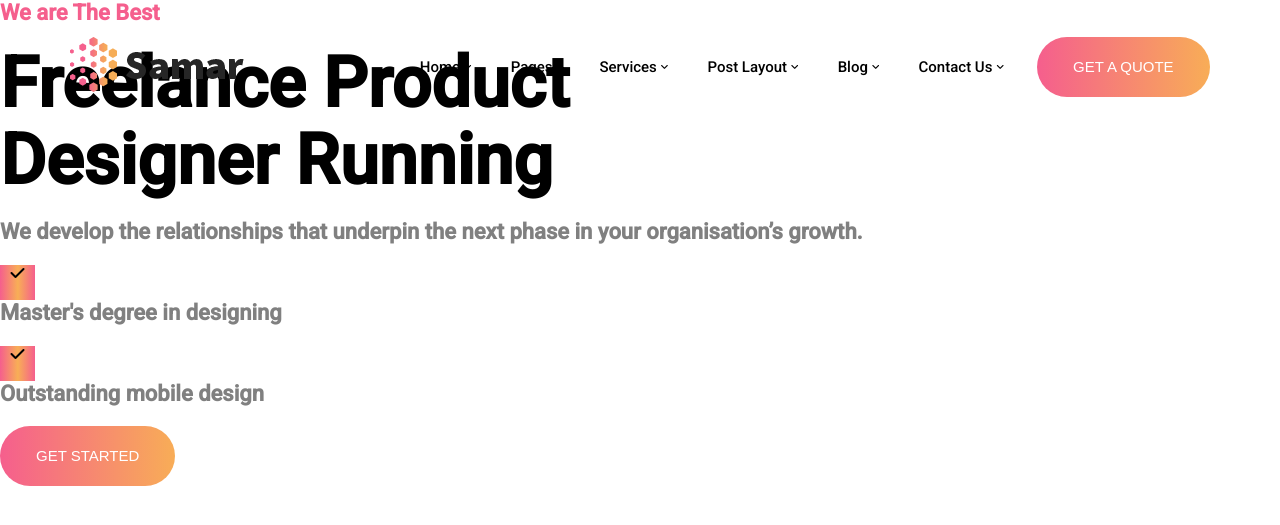
Repository: truongcongtrung2709/truongcongtrung__samar
Page: index.html
The author's editor kept a copy of each file at every save. The page is drawn from the files as they stood at one save, then again after the next save.
The browser window is 1280 px wide. The pictures show the whole page.
Some web libraries are served in a nearby version.

Above is the page before, as saved 2022-06-22 21:08:00.

After the next save:
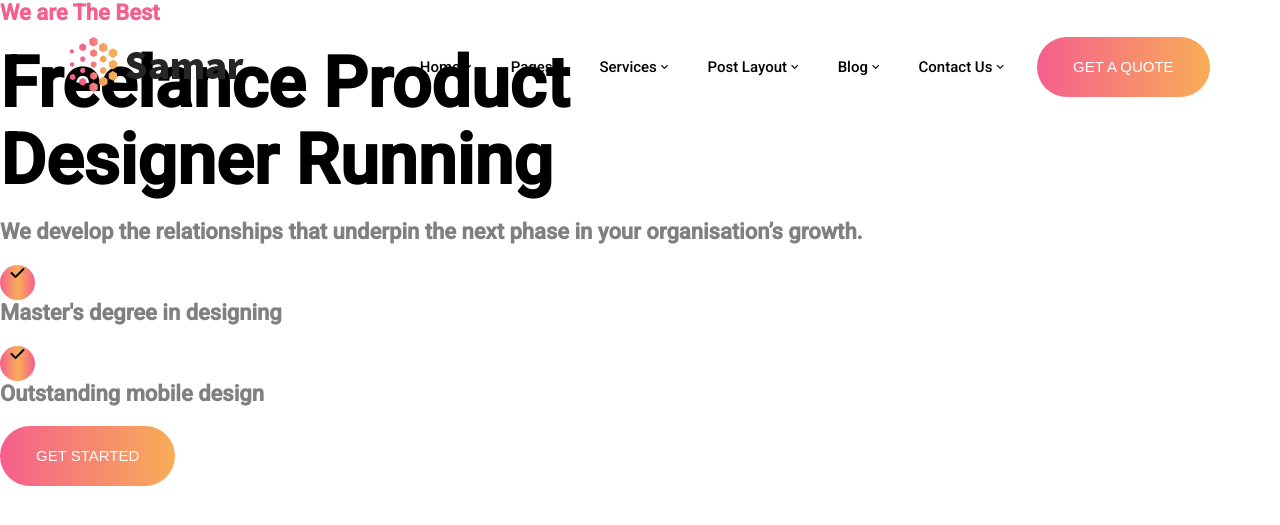
Saved 8 s later.
--- a/style.css
+++ b/style.css
@@ -48,9 +48,10 @@ p{
     line-height: 35px;
     text-align: center;
     background-image: linear-gradient(to right,#f55f8d 0,#f8ae56 51%,#f55f8d 100%);
+    border-radius: 35px;
     /* font-size: 24px;
     color: #fff;
-    border-radius: 35px;
+
     font-weight: 900;
 
     background-size: 200%;
